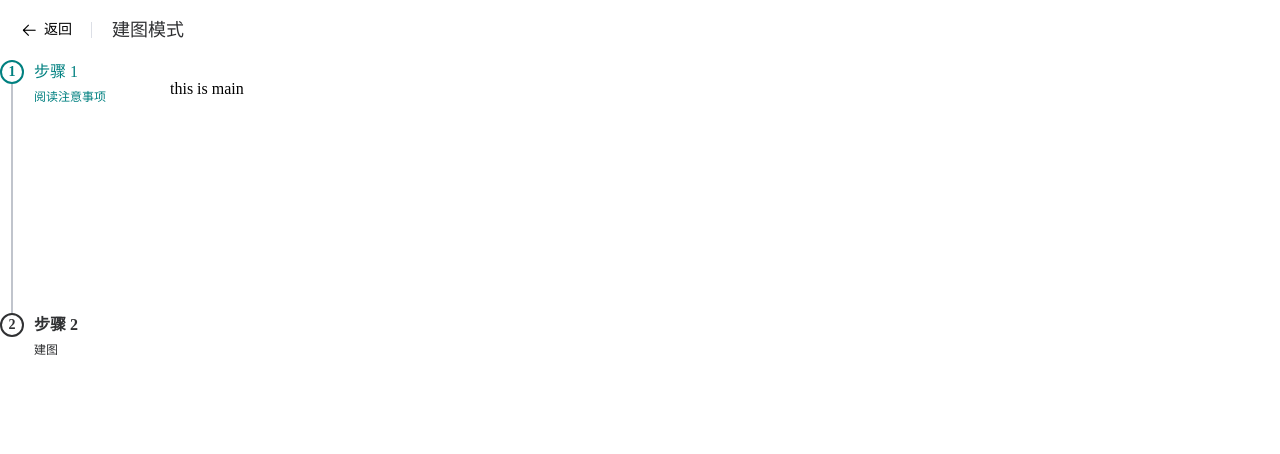
Repository: Forever518/BUAA_SE_Embedded_2021
Page: /#/Build (app in web/ros_web/)
These files come from the project's save history. The page is drawn as it stood at one moment and after the next save; the edit follows.
The browser window is 1280 px wide. The pictures show the whole page.
The project was rebuilt for these pictures with package versions that can differ from the ones it lists, and the page was loaded fresh each time. Also part of the build but not shown: web/ros_web/src/components/home.vue, web/ros_web/src/components/settings.vue, web/ros_web/src/components/help.vue, web/ros_web/src/components/about.vue, web/ros_web/src/views/Main.vue, web/ros_web/src/views/Mark.vue, web/ros_web/src/views/Serve.vue.

Above is the page before, as saved 2021-05-07 21:48:10.

### web/ros_web/src/App.vue
<template>
  <router-view/>
</template>

<script>
</script>

<style>
#app {
  font-family: 'Avenir', Helvetica, Arial, sans-serif;
  -webkit-font-smoothing: antialiased;
  -moz-osx-font-smoothing: grayscale;
  text-align: center;
  color: #2c3e50;
  margin-top: 60px;
}
html,
body,
#app{
  height: 100%;
}
* {
  padding: 0;
  margin: 0;
}
.el-container {
  height: 100%
}
.el-menu--horizontal > .el-menu-item {
  border-bottom: none!important;
}
.el-menu--horizontal > .el-menu-item:hover {
  border-bottom: none!important;
  /* color: rgb(51, 51, 243)!important; */
}
.el-menu--horizontal > .el-menu-item.is-active {
  border-bottom: none!important;
}
.el-menu--horizontal {
  border-bottom: none!important;
}
</style>

### web/ros_web/src/router/index.js
import Vue from 'vue'
import VueRouter from 'vue-router'
import Main from '../views/Main.vue'
import Mark from '../views/Mark.vue';
import Build from '../views/Build.vue';
import Serve from '../views/Serve.vue';

Vue.use(VueRouter)

const routes = [
  {
    path: '/Main',
    name: 'Main',
    component: Main
  },
  {
    path: '/Build',
    name: 'Build',
    component: Build
  },
  {
    path: '/Mark',
    name: 'Mark',
    component: Mark
  },
  {
    path: '/Serve',
    name: 'Serve',
    component: Serve
  },
  {
    path: '/',
    redirect: '/Main'
  }
]

const router = new VueRouter({
  routes
})

export default router

### web/ros_web/src/views/Build.vue
<template>
  <el-container>
    <el-header>
      <el-page-header @back="goBack" content="建图模式">
      </el-page-header>
    </el-header>
    <el-container>
      <el-aside>
        <div style="height: 300px;">
          <el-steps direction="vertical" :active="1">
            <el-step title="步骤 1" description="阅读注意事项"></el-step>
            <el-step title="步骤 2" description="建图"></el-step>
          </el-steps>
        </div>
      </el-aside>
      <el-container>
        <el-main>
          this is main
        </el-main>
      </el-container>
    </el-container>
  </el-container>
</template>

<script>
  export default {
    data() {
      return {

      }
    },
    methods: {
      goBack() {
        this.$router.push({
          name: 'Main'
        })
      }
    }
  }
</script>

<style>
.el-page-header {
  height: 100%!important;
  line-height: 60px!important;
}
.el-aside {
  width: 150px!important;
}
</style>

Loaded but not shown: web/ros_web/public/index.html (common file); web/ros_web/src/main.js (common file); web/ros_web/src/plugins/element.js (common file); web/ros_web/src/element-variables.scss (common file)

After the next save:
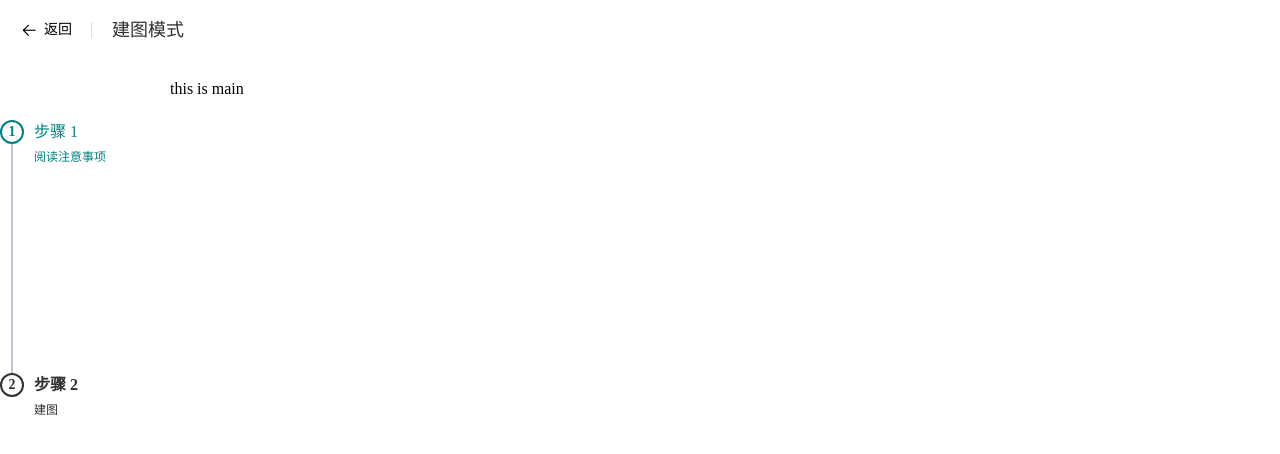
Saved 29 s later.
--- a/web/ros_web/src/views/Build.vue
+++ b/web/ros_web/src/views/Build.vue
@@ -6,7 +6,7 @@
     </el-header>
     <el-container>
       <el-aside>
-        <div style="height: 300px;">
+        <div style="height: 300px; padding-top: 60px">
           <el-steps direction="vertical" :active="1">
             <el-step title="步骤 1" description="阅读注意事项"></el-step>
             <el-step title="步骤 2" description="建图"></el-step>
